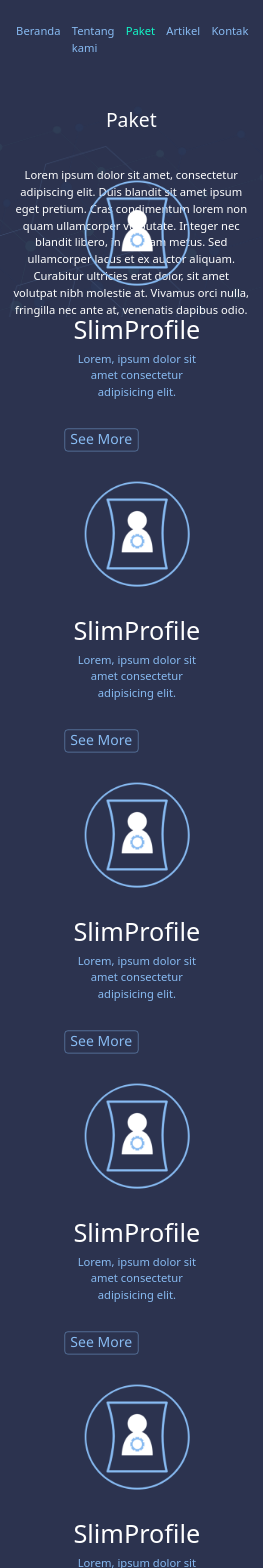
Repository: alfathard/dniztechno
Page: resources/views/productfront/show.blade.php
These files come from the project's save history. The page is drawn as it stood at one moment and after the next save; the edit follows.
The browser window is 375 px wide. The pictures show the part of the page from y = 0 to 2240 px (the page is 4136 px tall before and 4399 px after), at 70% of full size.
Some web libraries are served in a nearby version. The page is served by the project's Laravel application, run on PHP 8.4 with Laravel 8. The template is opened directly, without the code that normally fills it, so the values that code supplies are empty.

Above is the page before, as saved 2025-03-20 10:32:04.
Console error: ReferenceError: $ is not defined

After the next save:
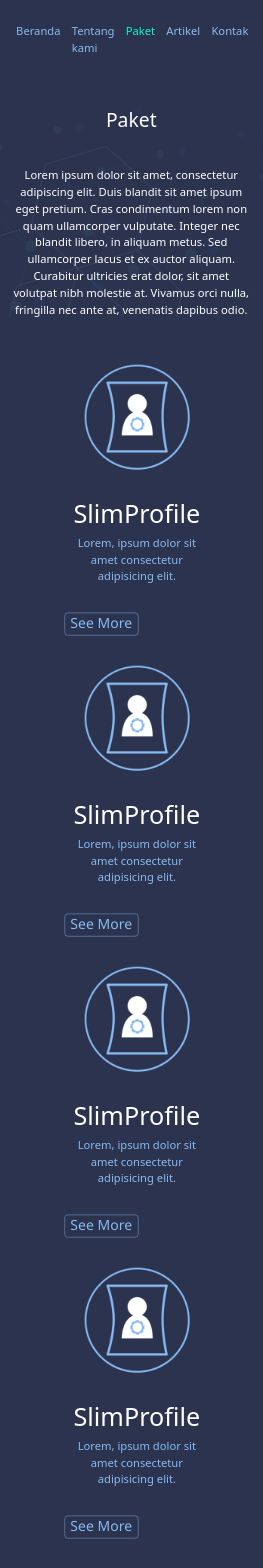
Saved 6 s later.
--- a/public/css/style.css
+++ b/public/css/style.css
@@ -1240,6 +1240,6 @@ a {
 }
 
 #product{
-
-}
-}
+    margin-top: 70%;
+}
+}
